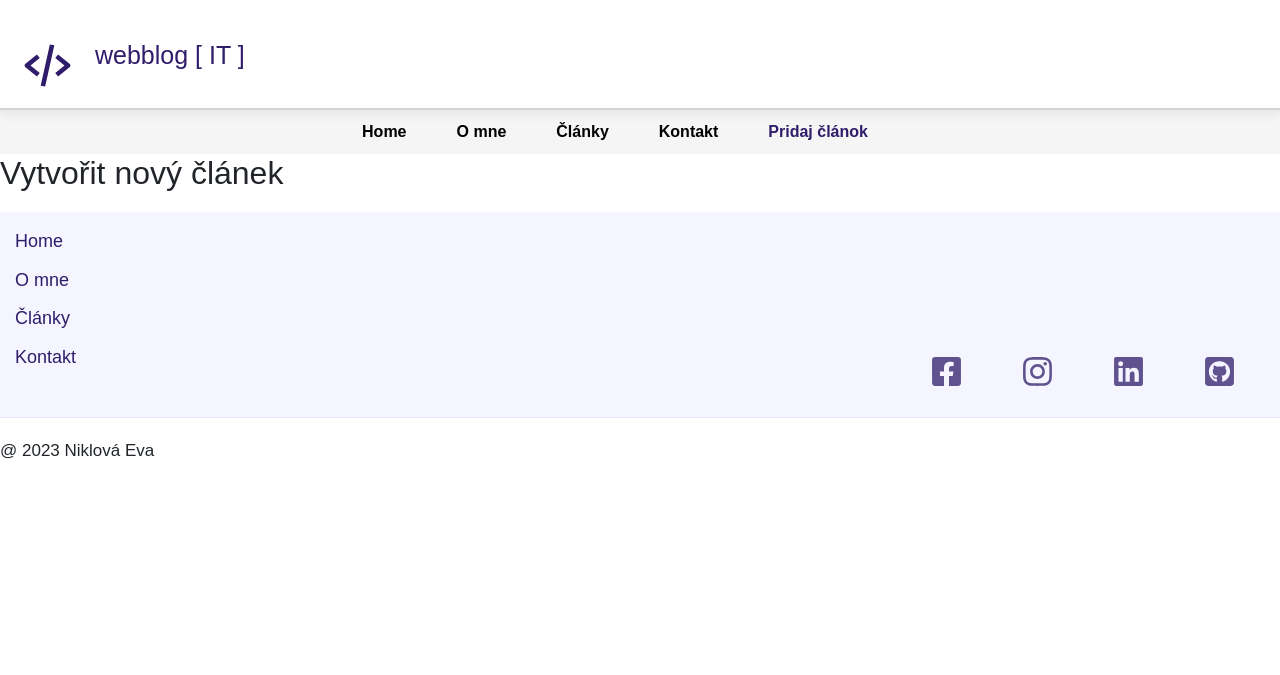
Repository: eniklova/github-bl
Page: /newarticel
An editor plug-in stored every save of this project. The page is shown before and after the next save, followed by the edit.
The browser window is 1280 px wide. The pictures show the whole page.
Some web fonts or font styles are not loaded; a fallback is used. The project was rebuilt for these pictures with package versions that can differ from the ones it lists, and the page was loaded fresh each time. Also part of the build but not shown: src/components/ArticleList.js, src/components/HeroSlider.css, src/components/HeroSlider.js, src/pages/Home.js, src/pages/Aboutme.js, src/pages/Articles.js, src/pages/Kontakt.js, src/pages/Error.js.

Above is the page before, as saved 2023-10-23 12:48:43.

After the next save:
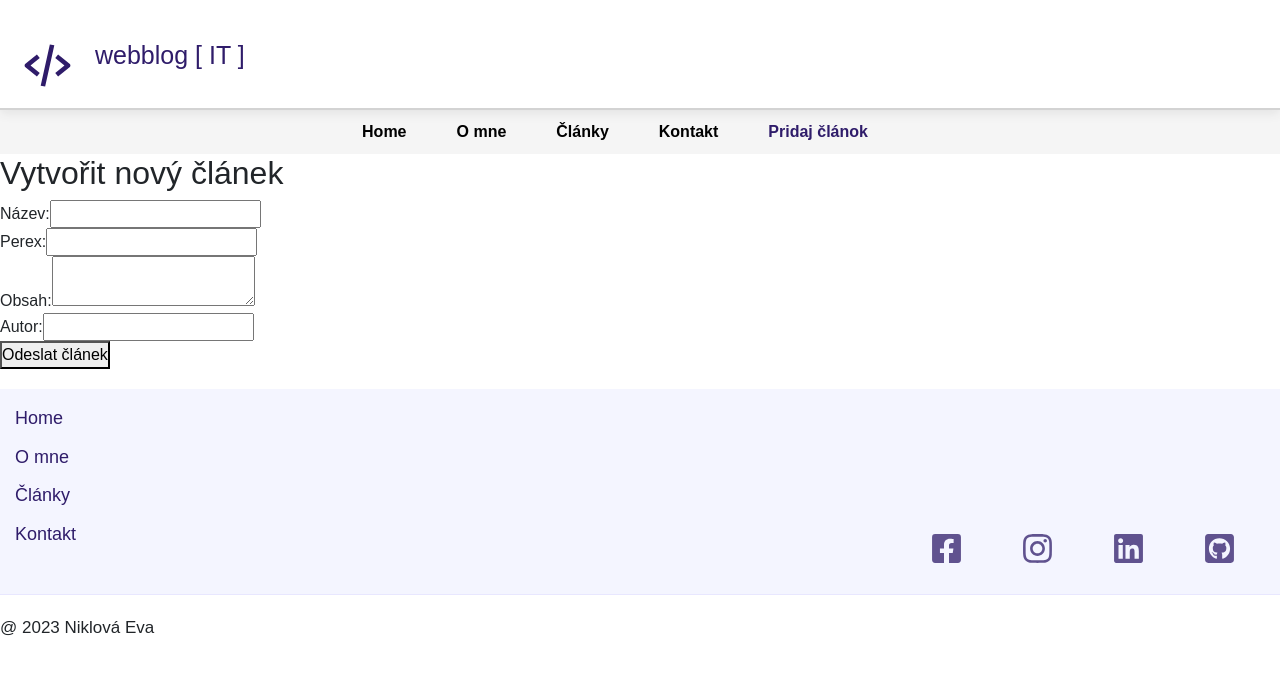
Saved 86 s later.
--- a/src/components/ArticleForm.js
+++ b/src/components/ArticleForm.js
@@ -80,8 +80,57 @@ function ArticleForm() {
     <div>
       <h2>Vytvořit nový článek</h2>
       <form onSubmit={handleSubmit}>
-        {/* Zde je formulář pro zadání informací o článku */}
+        <div>
+          <label htmlFor="title">Název:</label>
+          <input
+            type="text"
+            id="title"
+            name="title"
+            value={formData.title}
+            onChange={handleChange}
+          />
+          {validationErrors.title && (
+            <p style={{ color: "red" }}>{validationErrors.title}</p>
+          )}
+        </div>
+        <div>
+          <label htmlFor="perex">Perex:</label>
+          <input
+            type="text"
+            id="perex"
+            name="perex"
+            value={formData.perex}
+            onChange={handleChange}
+          />
+          {validationErrors.perex && (
+            <p style={{ color: "red" }}>{validationErrors.perex}</p>
+          )}
+        </div>
+        <div>
+          <label htmlFor="content">Obsah:</label>
+          <textarea
+            id="content"
+            name="content"
+            value={formData.content}
+            onChange={handleChange}
+          />
+        </div>
+        <div>
+          <label htmlFor="author">Autor:</label>
+          <input
+            type="text"
+            id="author"
+            name="author"
+            value={formData.author}
+            onChange={handleChange}
+          />
+          {validationErrors.author && (
+            <p style={{ color: "red" }}>{validationErrors.author}</p>
+          )}
+        </div>
+        <button type="submit">Odeslat článek</button>
       </form>
+      {submitMessage && <p>{submitMessage}</p>}
     </div>
   );
 }
